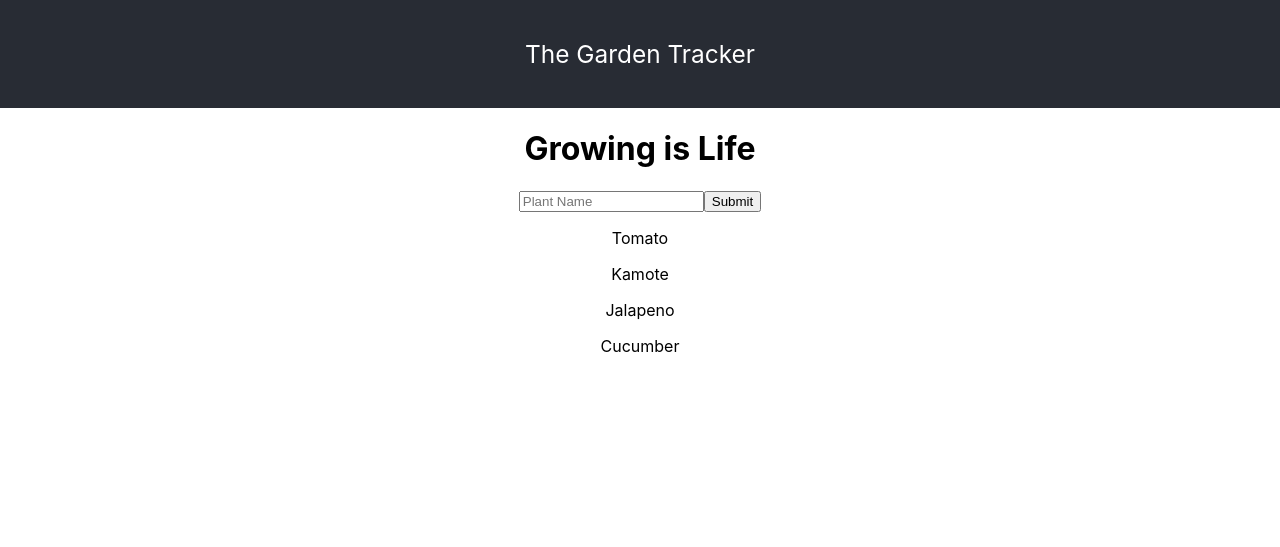
Repository: charliejp0311/gardentracker
Page: /
The author's editor kept a copy of each file at every save. The page is drawn from the files as they stood at one save, then again after the next save.
The browser window is 1280 px wide. The pictures show the whole page.
The project was rebuilt for these pictures with package versions that can differ from the ones it lists, and the page was loaded fresh each time. Also part of the build but not shown: src/components/Harvest.js.

Above is the page before, as saved 2020-10-29 12:10:21.

After the next save:
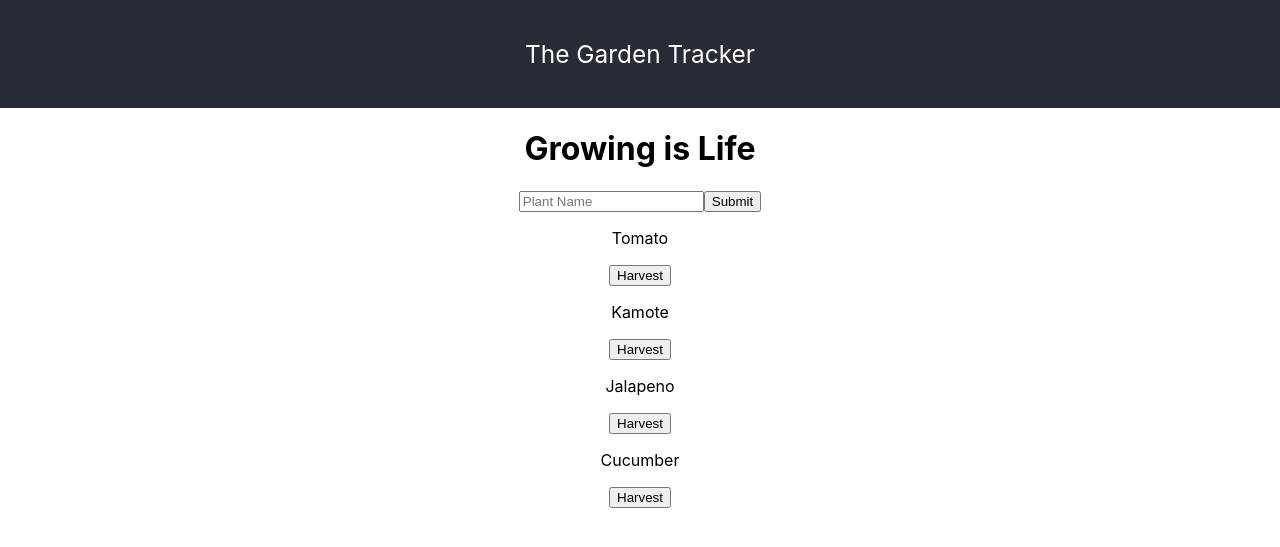
Saved 2 min 22 s later.
--- a/src/components/Plant.js
+++ b/src/components/Plant.js
@@ -6,6 +6,7 @@ class Plant extends Component{
         return(
             <div className='plant'>
                 <p>{this.props.plant.name}</p>
+                <button>Harvest</button>
             </div>
         )
     }
